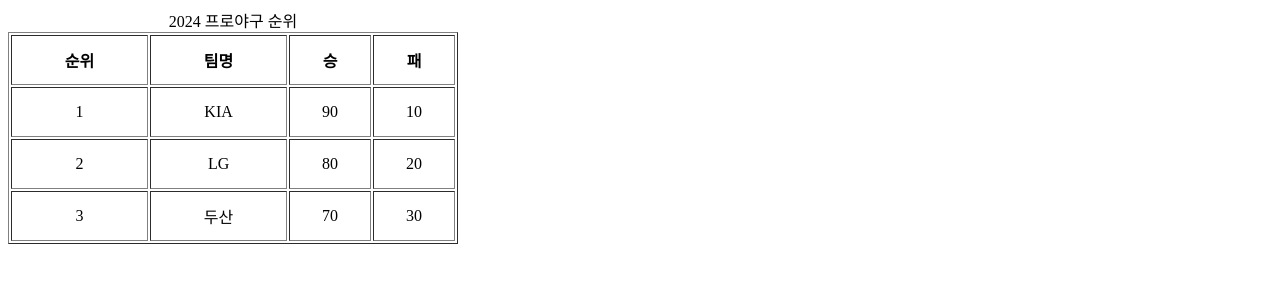
Repository: jinaa11/Kcc_Web
Page: Html/WebContent/table.html
An editor plug-in stored every save of this project. The page is shown before and after the next save, followed by the edit.
The browser window is 1280 px wide. The pictures show the whole page.

Above is the page before, as saved 2024-07-08 05:25:10.

After the next save:
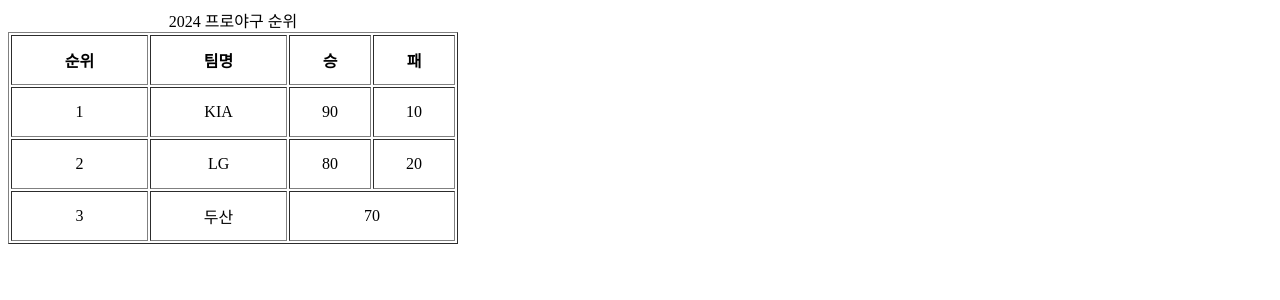
Saved 2 min 22 s later.
--- a/Html/WebContent/table.html
+++ b/Html/WebContent/table.html
@@ -31,8 +31,7 @@
 			<tr height="50" align="center">
 				<td>3</td>
 				<td>두산</td>
-				<td>70</td>
-				<td>30</td>
+				<td colspan="2">70</td>
 			</tr>
 		</tbody>
 	</table>
